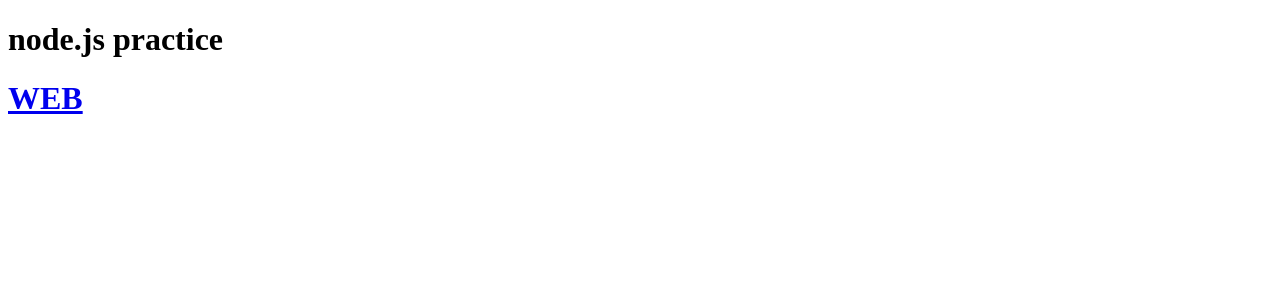
Repository: hhw12409/pracite-node.js
Page: http://localhost/
An editor plug-in stored every save of this project. The page is shown before and after the next save, followed by the edit.
The browser window is 1280 px wide. The pictures show the whole page.
The page is served by the project's Node server (server.js).

Above is the page before, as saved 2022-04-26 01:28:30.

### views/index.ejs
<!DOCTYPE html>
<html lang="en">
<head>
  <meta charset="UTF-8">
  <meta http-equiv="X-UA-Compatible" content="IE=edge">
  <meta name="viewport" content="width=device-width, initial-scale=1.0">
  <title>node.js practice</title>
</head>
<body>
  <h1>node.js practice</h1>
  <a href="/"><h1>WEB</h1></a>
</body>
</html>

### server.js
const express = require('express');
const app = express();

app.set('view engine', 'ejs');

require('dotenv').config()

app.get('/', (req, res)=> {
  res.render('index.ejs', {})
})

app.listen(process.env.PORT , function(){
  console.log("listening on server");
});

After the next save:
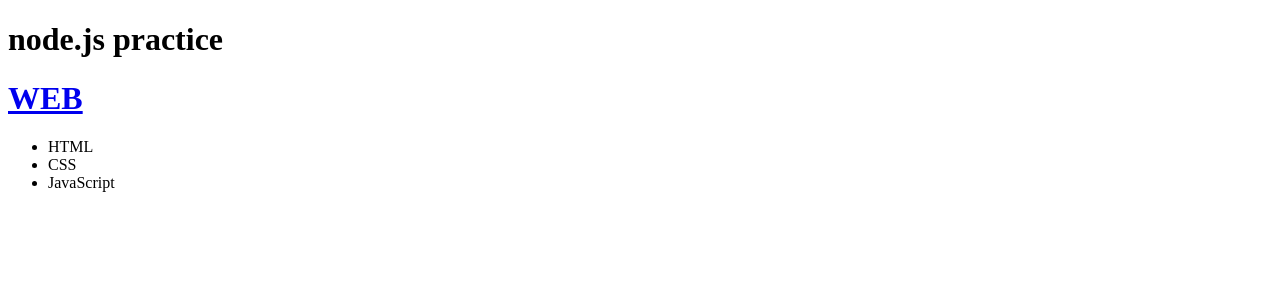
Saved 77 s later.
--- a/views/index.ejs
+++ b/views/index.ejs
@@ -9,5 +9,10 @@
 <body>
   <h1>node.js practice</h1>
   <a href="/"><h1>WEB</h1></a>
+  <ul>
+    <li>HTML</li>
+    <li>CSS</li>
+    <li>JavaScript</li>
+  </ul>
 </body>
 </html>
